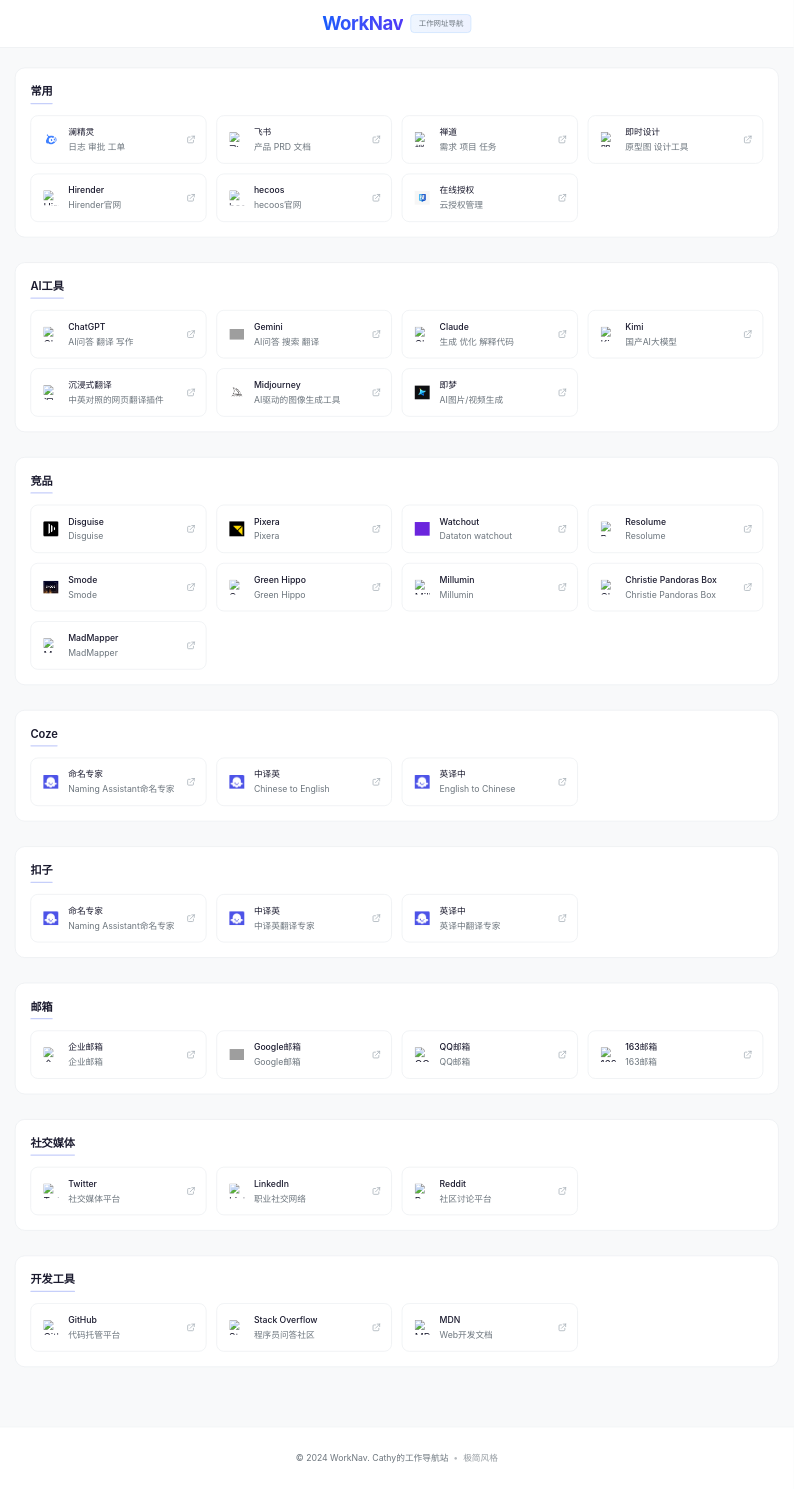
Repository: SweetPomelo0/WorkNav
Page: /
An editor plug-in stored every save of this project. The page is shown before and after the next save, followed by the edit.
The browser window is 1280 px wide. The pictures show the whole page, at 62% of full size.
Pictures or frames that could not be fetched are drawn as grey boxes. The project was rebuilt for these pictures with package versions that can differ from the ones it lists, and the page was loaded fresh each time. The framework's server and built-in components were replaced by stand-ins that run in the browser. Also part of the build but not shown: next.config.ts.

Above is the page before, as saved 2025-07-26 21:09:45.

### src/app/layout.tsx
import type { Metadata } from "next";
import { Geist, Geist_Mono } from "next/font/google";
import "./globals.css";

const geistSans = Geist({
  variable: "--font-geist-sans",
  subsets: ["latin"],
});

const geistMono = Geist_Mono({
  variable: "--font-geist-mono",
  subsets: ["latin"],
});

export const metadata: Metadata = {
  title: "WorkNav - 工作网址导航",
  description: "一个简洁的工作网址导航页面",
};

export default function RootLayout({
  children,
}: Readonly<{
  children: React.ReactNode;
}>) {
  return (
    <html lang="en">
      <body
        className={`${geistSans.variable} ${geistMono.variable} antialiased`}
      >
        {children}
      </body>
    </html>
  );
}

### src/app/page.tsx
export default function Home() {
  // 定义导航分类和链接
  const categories = [
    {
      title: "常用",
      links: [
        { name: "澜精灵", url: "https://www.lanerp.com/Admin/index/index.html", desc: "日志 审批 工单", icon: "/img/lanjingling.png" },
        { name: "飞书", url: "https://enlightv.feishu.cn/wiki/D6Z1wOai9iVI4bkVlumcJprDn2e?fromScene=spaceOverview", desc: "产品 PRD 文档", icon: "https://feishu.cn/favicon.ico" },
        { name: "禅道", url: "https://enlightv.zentaopm.com/my/", desc: "需求 项目 任务", icon: "https://enlightv.zentaopm.com/favicon.ico" },
        { name: "即时设计", url: "https://js.design/recent", desc: "原型图 设计工具", icon: "https://img.js.design/assets/webImg/favicon.ico" },
        { name: "Hirender", url: "https://www.hirender.com/#/home", desc: "Hirender官网", icon: "https://www.hirender.com/favicon.ico" },
        { name: "hecoos", url: "https://www.hecoos.com/web/#/home", desc: "hecoos官网", icon: "https://www.hecoos.com/favicon.ico" },
        { name: "在线授权", url: "https://license.enlightv.com/web/", desc: "云授权管理", icon: "data:[embedded picture, 6295 characters]" },
      ]
    },
    {
      title: "AI工具",
      links: [
        { name: "ChatGPT", url: "https://chatgpt.com/", desc: "AI问答 翻译 写作", icon: "https://cdn.oaistatic.com/assets/favicon-180x180-od45eci6.webp" },
        { name: "Gemini", url: "https://gemini.google.com/app", desc: "AI问答 搜索 翻译", icon: "https://www.gstatic.com/lamda/images/gemini_sparkle_4g_512_lt_f94943af3be039176192d.png" },
        { name: "Claude", url: "https://claude.ai/", desc: "生成 优化 解释代码", icon: "https://claude.ai/favicon.ico" },
        { name: "Kimi", url: "https://www.kimi.com/", desc: "国产AI大模型", icon: "https://www.kimi.com/favicon.ico" },
        { name: "沉浸式翻译", url: "https://immersivetranslate.com/zh-Hans/?utm_source=ai-bot.cn", desc: "中英对照的网页翻译插件", icon: "https://immersivetranslate.com/favicon.ico" },
        { name: "Midjourney", url: "https://www.midjourney.com/explore?tab=video_top", desc: "AI驱动的图像生成工具", icon: "/img/mj.png" },
        { name: "即梦", url: "https://jimeng.jianying.com/ai-tool/home", desc: "AI图片/视频生成", icon: "/img/jimeng.png" }

      ]
    },
    {
      title: "竞品",
      links: [
        { name: "Disguise", url: "https://www.disguise.one/en", desc: "Disguise", icon: "/img/disguise.png" },
        { name: "Pixera", url: "https://pixera.one/zh/software/overview/", desc: "Pixera", icon: "/img/pixera.png" },
        { name: "Watchout", url: "https://www.dataton.com/", desc: "Dataton watchout", icon: "/img/watchout.png" },
        { name: "Resolume", url: "https://resolume.com/", desc: "Resolume", icon: "https://resolume.com/images/favicons/apple-touch-icon.png" },
        { name: "Smode", url: "https://www.smode.io/en/", desc: "Smode", icon: "/img/smode.png" },
        { name: "Green Hippo", url: "https://www.green-hippo.com/", desc: "Green Hippo", icon: "https://www.green-hippo.com/wp-content/themes/greenhippo/assets/icons/favicon.ico" },
        { name: "Millumin", url: "https://millumin.com/v5/index.php", desc: "Millumin", icon: "https://www.millumin.com/favicon/apple-icon-180x180.png" },
        { name: "Christie Pandoras Box", url: "https://www.christiedigital.com/products/christie-pandoras-box/", desc: "Christie Pandoras Box", icon: "https://www.christiedigital.com/apple-touch-icon.png" },
        { name: "MadMapper", url: "https://madmapper.com/madmapper/software", desc: "MadMapper", icon: "https://madmapper.com/images/favicon/apple-touch-icon.png" }

      ]
    },
    {
      title: "Coze",
      links: [
        { name: "命名专家", url: "https://www.coze.com/store/agent/7530562770308956161?bot_id=true", desc: "Naming Assistant命名专家", icon: "/img/coze.png" },
        { name: "中译英", url: "https://www.coze.com/store/agent/7530572378075152440?bot_id=true", desc: "Chinese to English", icon: "/img/coze.png" },
        { name: "英译中", url: "https://www.coze.com/store/agent/7530572202144694273?bot_id=true", desc: "English to Chinese", icon: "/img/coze.png" }
      ]
    },
    {
      title: "扣子",
      links: [
        { name: "命名专家", url: "https://www.coze.cn/store/agent/7530571775823577130?bot_id=true", desc: "Naming Assistant命名专家", icon: "/img/coze.png" },
        { name: "中译英", url: "https://www.coze.cn/store/agent/7530581452909035572?bot_id=true", desc: "中译英翻译专家", icon: "/img/coze.png" },
        { name: "英译中", url: "https://www.coze.cn/store/agent/7530581958234193970?bot_id=true", desc: "英译中翻译专家", icon: "/img/coze.png" }
      ]
    },
    {
      title: "邮箱",
      links: [
        { name: "企业邮箱", url: "https://exmail.qq.com/cgi-bin/frame_html?sid=qPUC22bEtIEF7kUt,2&sign_type=&r=586a2a390ca023395a120877ca5870f0", desc: "企业邮箱", icon: "https://exmail.qq.com/favicon.ico" },
        { name: "Google邮箱", url: "https://mail.google.com/mail/u/0/#inbox", desc: "Google邮箱", icon: "https://ssl.gstatic.com/ui/v1/icons/mail/rfr/gmail.ico" },
        { name: "QQ邮箱", url: "https://mail.qq.com/", desc: "QQ邮箱", icon: "https://mail.qq.com/favicon.ico" },
        { name: "163邮箱", url: "https://mail.163.com/", desc: "163邮箱", icon: "https://mail.163.com/favicon.ico" }
      ]
    },
    {
      title: "社交媒体",
      links: [
        { name: "Twitter", url: "https://twitter.com", desc: "社交媒体平台", icon: "https://twitter.com/favicon.ico" },
        { name: "LinkedIn", url: "https://www.linkedin.com", desc: "职业社交网络", icon: "https://www.linkedin.com/favicon.ico" },
        { name: "Reddit", url: "https://www.reddit.com", desc: "社区讨论平台", icon: "https://www.reddit.com/favicon.ico" }
      ]
    },
    {
      title: "开发工具",
      links: [
        { name: "GitHub", url: "https://github.com", desc: "代码托管平台", icon: "https://github.com/favicon.ico" },
        { name: "Stack Overflow", url: "https://stackoverflow.com", desc: "程序员问答社区", icon: "https://stackoverflow.com/favicon.ico" },
        { name: "MDN", url: "https://developer.mozilla.org", desc: "Web开发文档", icon: "https://developer.mozilla.org/favicon.ico" },
      ]
    }

  ];

  return (
    <div className="min-h-screen" style={{ background: 'var(--background)', color: 'var(--text-primary)' }}>
      {/* Header */}
      <header style={{ background: 'var(--header-bg)', borderBottom: '1px solid var(--card-border)' }}>
        <div className="max-w-7xl mx-auto px-6 py-5">
          <div className="text-center flex items-center justify-center gap-3">
            <h1 className="text-3xl font-bold tracking-tight bg-clip-text text-transparent bg-gradient-to-r from-blue-600 to-indigo-600 dark:from-blue-400 dark:to-indigo-400">WorkNav</h1>
            <span className="text-xs font-medium px-3 py-1.5 rounded-md border border-blue-200 dark:border-blue-800 bg-gradient-to-r from-blue-50 to-indigo-50 dark:from-blue-900/20 dark:to-indigo-900/20 transition-all duration-300 hover:shadow-sm hover:border-blue-300 dark:hover:border-blue-700" style={{ color: 'var(--text-secondary)' }}>工作网址导航</span>
          </div>
        </div>
      </header>

      {/* Main Content */}
       <main className="max-w-7xl mx-auto px-6 py-8">
         <div className="space-y-10">
           {categories.map((category, index) => (
             <div
               key={index}
               style={{
                 background: 'var(--card-bg)',
                 borderColor: 'var(--card-border)'
               }}
               className="rounded-2xl border p-6 transition-all duration-300 hover:shadow-lg"
             >
               <h2
                 className="text-lg font-semibold mb-6 relative inline-block"
                 style={{ color: 'var(--text-primary)' }}
               >
                 <span className="relative z-10">{category.title}</span>
                 <span
                  className="absolute bottom-0 left-0 w-full h-0.5 rounded-full opacity-30"
                  style={{ background: 'var(--accent)', transform: 'translateY(6px)' }}
                ></span>
               </h2>
               <div className="grid grid-cols-1 sm:grid-cols-2 lg:grid-cols-3 xl:grid-cols-4 gap-4">
                 {category.links.map((link, linkIndex) => (
                   <a
                     key={linkIndex}
                     href={link.url}
                     target="_blank"
                     rel="noopener noreferrer"
                     style={{
                       borderColor: 'var(--card-border)',
                       background: 'var(--card-bg)'
                     }}
                     className="block p-4 rounded-xl border hover:shadow-md transition-all duration-200 group relative"
                   >

                     <div className="flex items-center justify-between">
                       <div className="flex items-center flex-1">
                         <div className="w-8 h-8 mr-3 flex-shrink-0 flex items-center justify-center">
                           {link.icon ? (
                             <img
                               src={link.icon}
                               alt={`${link.name} icon`}
                               className="w-6 h-6 object-contain"
                             />
                           ) : (
                             <div
                               style={{ background: 'var(--card-hover)' }}
                               className="w-6 h-6 rounded-md flex items-center justify-center"
                             >
                               <span style={{ color: 'var(--text-secondary)' }} className="text-xs font-medium">
                                 {link.name.charAt(0).toUpperCase()}
                               </span>
                             </div>
                           )}
                         </div>
                         <div className="flex-1">
                           <h3
                             style={{ color: 'var(--text-primary)' }}
                             className="text-sm font-medium group-hover:text-blue-600 dark:group-hover:text-blue-400 transition-colors"
                           >
                             {link.name}
                           </h3>
                           <p
                             style={{ color: 'var(--text-secondary)' }}
                             className="text-sm mt-1"
                           >
                             {link.desc}
                           </p>
                         </div>
                       </div>
                       <svg
                         className="w-4 h-4 transition-colors ml-3 flex-shrink-0 group-hover:translate-x-1"
                         style={{ color: 'var(--text-tertiary)' }}
                         fill="none"
                         stroke="currentColor"
                         viewBox="0 0 24 24"
                       >
                         <path
                           strokeLinecap="round"
                           strokeLinejoin="round"
                           strokeWidth={2}
                           d="M10 6H6a2 2 0 00-2 2v10a2 2 0 002 2h10a2 2 0 002-2v-4M14 4h6m0 0v6m0-6L10 14"
                         />
                       </svg>
                     </div>
                   </a>
                 ))}
               </div>
             </div>
           ))}
         </div>
       </main>

      {/* Footer */}
      <footer style={{ borderTop: '1px solid var(--card-border)', background: 'var(--footer-bg)' }} className="mt-16">
        <div className="max-w-7xl mx-auto px-6 py-10">
          <div className="text-center">
            <p style={{ color: 'var(--text-secondary)' }} className="text-sm">
              © 2024 WorkNav. Cathy的工作导航站
              <span className="inline-block mx-2 opacity-50">•</span>
              <span className="opacity-70">极简风格</span>
            </p>
          </div>
        </div>
      </footer>
    </div>
  );
}

### src/app/globals.css
@import "tailwindcss";

:root {
  --background: #f8f9fa;
  --foreground: #1a1a2e;
  --card-bg: #ffffff;
  --card-border: #e9ecef;
  --card-hover: #f1f3f5;
  --accent: #4361ee;
  --accent-hover: #3a56d4;
  --text-primary: #1a1a2e;
  --text-secondary: #6c757d;
  --text-tertiary: #adb5bd;
  --header-bg: #ffffff;
  --footer-bg: #ffffff;
}

@theme inline {
  --color-background: var(--background);
  --color-foreground: var(--foreground);
  --font-sans: var(--font-geist-sans);
  --font-mono: var(--font-geist-mono);
}

@media (prefers-color-scheme: dark) {
  :root {
    --background: #121212;
    --foreground: #f8f9fa;
    --card-bg: #1e1e1e;
    --card-border: #2d2d2d;
    --card-hover: #2a2a2a;
    --accent: #4361ee;
    --accent-hover: #5a72f0;
    --text-primary: #f8f9fa;
    --text-secondary: #adb5bd;
    --text-tertiary: #6c757d;
    --header-bg: #1a1a1a;
    --footer-bg: #1a1a1a;
  }
}

body {
  background: var(--background);
  color: var(--foreground);
  font-family:
    "Inter",
    -apple-system,
    BlinkMacSystemFont,
    "Segoe UI",
    Roboto,
    Oxygen,
    Ubuntu,
    Cantarell,
    "Open Sans",
    "Helvetica Neue",
    sans-serif;
}

/* 平滑滚动和过渡效果 */
html {
  scroll-behavior: smooth;
}

* {
  transition:
    background-color 0.2s ease,
    border-color 0.2s ease,
    transform 0.2s ease;
}

/* 自定义滚动条 */
::-webkit-scrollbar {
  width: 8px;
  height: 8px;
}

::-webkit-scrollbar-track {
  background: transparent;
}

::-webkit-scrollbar-thumb {
  background: var(--text-tertiary);
  border-radius: 4px;
}

::-webkit-scrollbar-thumb:hover {
  background: var(--text-secondary);
}

After the next save:
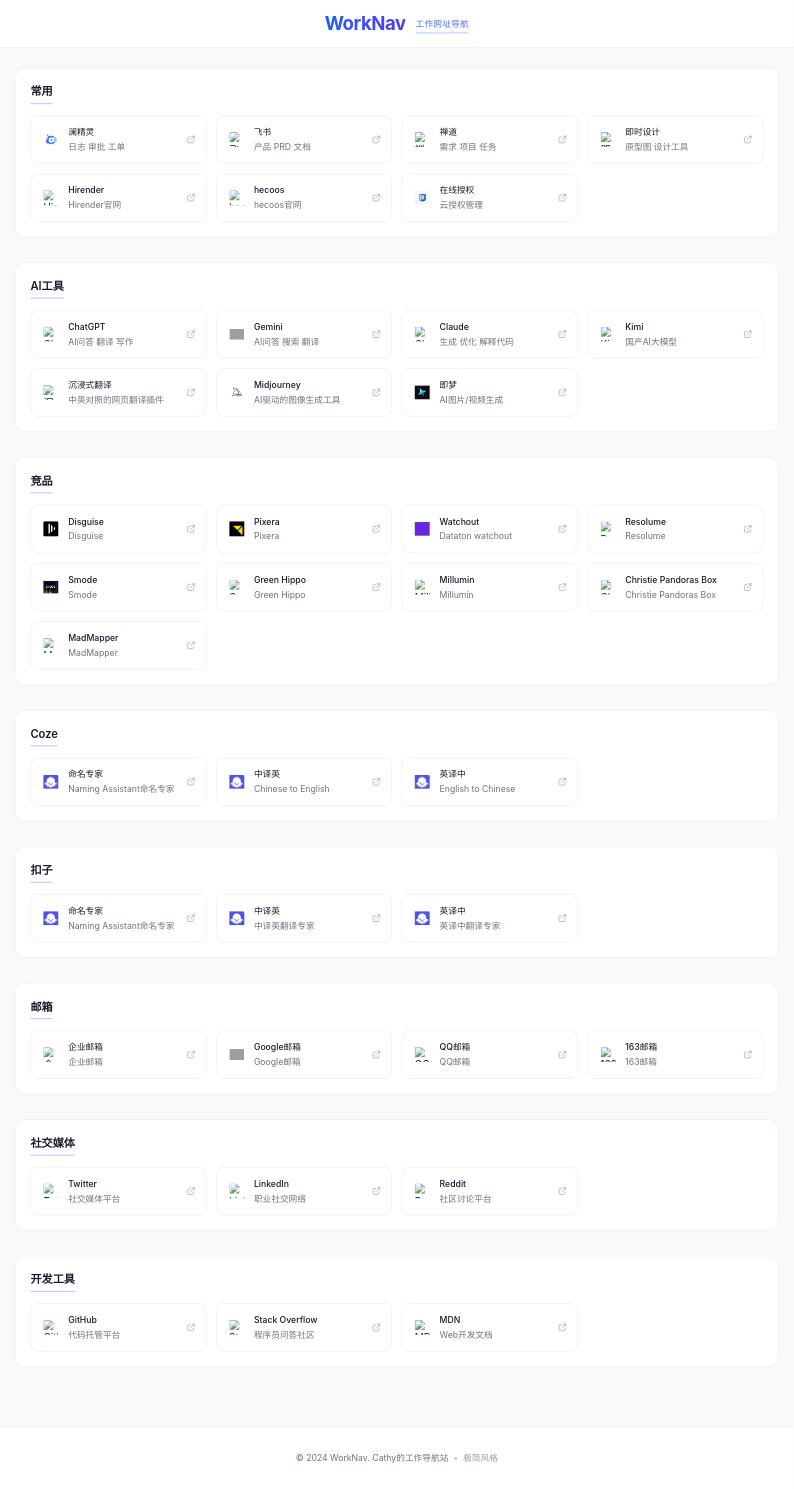
Saved 56 s later.
--- a/src/app/page.tsx
+++ b/src/app/page.tsx
@@ -92,7 +92,10 @@
         <div className="max-w-7xl mx-auto px-6 py-5">
           <div className="text-center flex items-center justify-center gap-3">
             <h1 className="text-3xl font-bold tracking-tight bg-clip-text text-transparent bg-gradient-to-r from-blue-600 to-indigo-600 dark:from-blue-400 dark:to-indigo-400">WorkNav</h1>
-            <span className="text-xs font-medium px-3 py-1.5 rounded-md border border-blue-200 dark:border-blue-800 bg-gradient-to-r from-blue-50 to-indigo-50 dark:from-blue-900/20 dark:to-indigo-900/20 transition-all duration-300 hover:shadow-sm hover:border-blue-300 dark:hover:border-blue-700" style={{ color: 'var(--text-secondary)' }}>工作网址导航</span>
+            <div className="relative ml-1">
+              <span className="text-sm font-normal tracking-wide bg-clip-text text-transparent bg-gradient-to-r from-blue-500 to-indigo-500 dark:from-blue-300 dark:to-indigo-300">工作网址导航</span>
+              <div className="absolute -bottom-1 left-0 w-full h-0.5 bg-gradient-to-r from-blue-400/40 to-indigo-400/40 dark:from-blue-400/20 dark:to-indigo-400/20 rounded-full"></div>
+            </div>
           </div>
         </div>
       </header>
